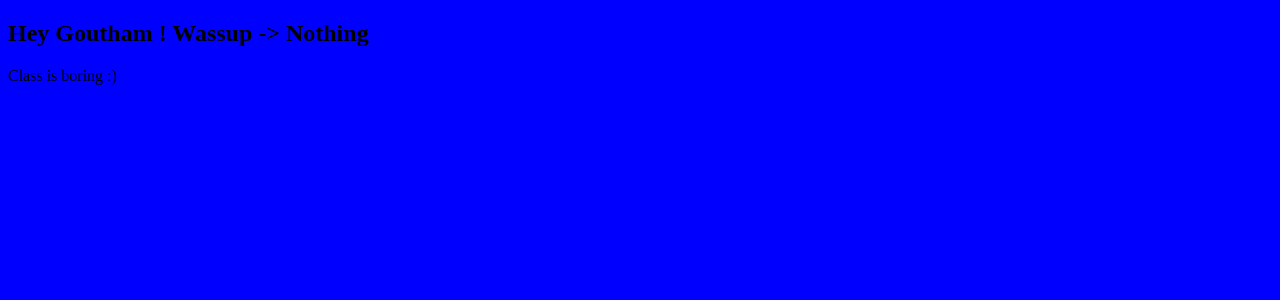
Repository: SaiGouthamVaddi/Visa-Training
Page: mywebapp/src/main/webapp/index.html
The author's editor kept a copy of each file at every save. The page is drawn from the files as they stood at one save, then again after the next save.
The browser window is 1280 px wide. The pictures show the whole page.

Above is the page before, as saved 2019-07-16 04:51:01.

### mywebapp/src/main/webapp/index.html
<!DOCTYPE html>
<html>
<head>
<meta charset="UTF-8">
<title>V-I-S-A</title>
</head>
<body bgcolor = "blue">

<h2>Hey Goutham ! Wassup -> Nothing</h2>
<p>Class is boring :)</p>

</body>
</html>

After the next save:
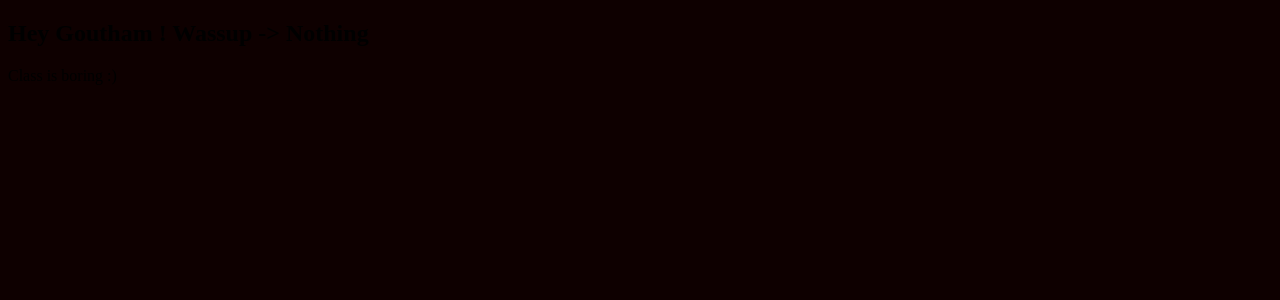
Saved 50 s later.
--- a/mywebapp/src/main/webapp/index.html
+++ b/mywebapp/src/main/webapp/index.html
@@ -4,7 +4,7 @@
 <meta charset="UTF-8">
 <title>V-I-S-A</title>
 </head>
-<body bgcolor = "blue">
+<body bgcolor = "yello">
 
 <h2>Hey Goutham ! Wassup -> Nothing</h2>
 <p>Class is boring :)</p>
